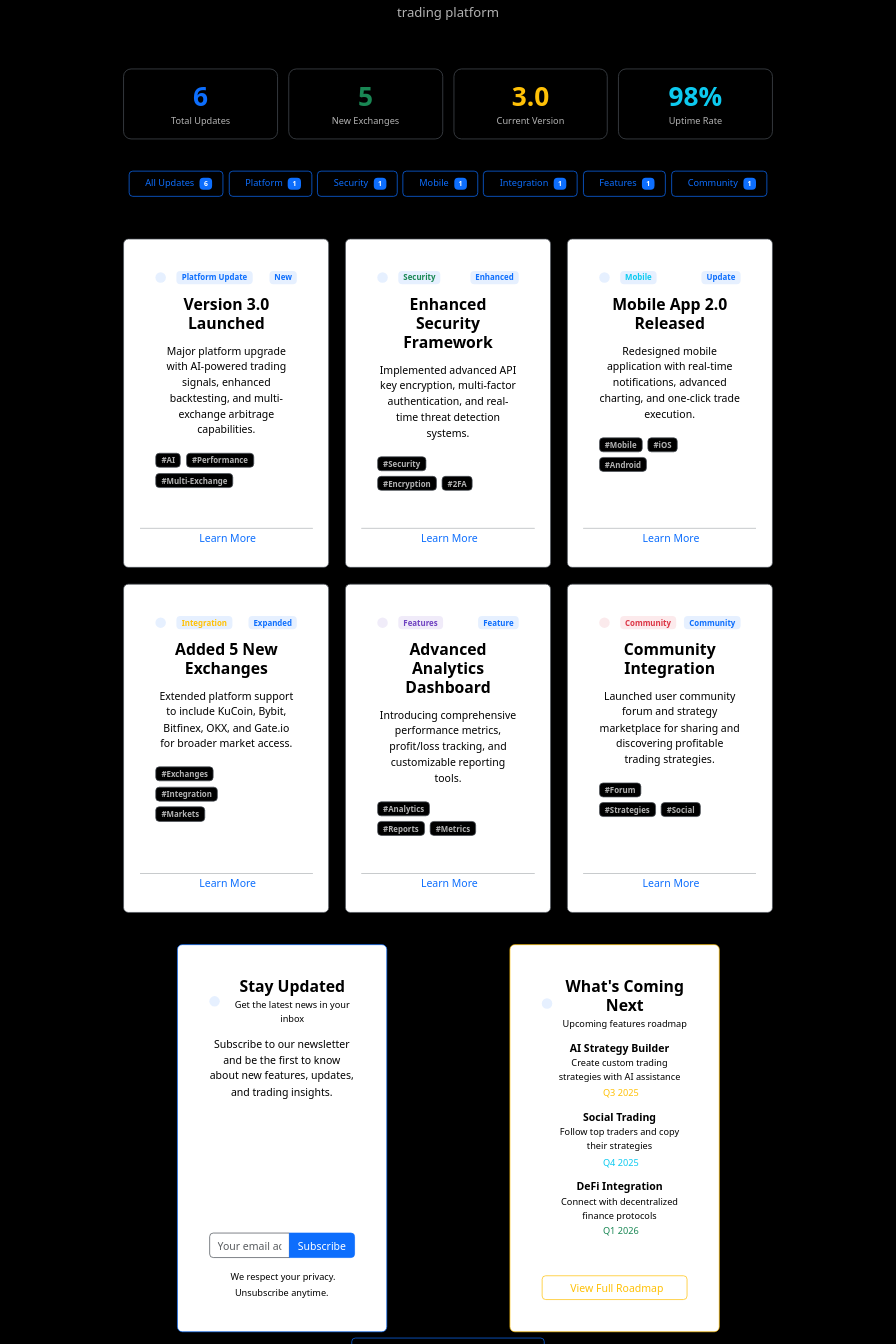
Repository: Kevin-Pro-Codes/halo-trading
Page: /
These files come from the project's save history. The page is drawn as it stood at one moment and after the next save; the edit follows.
The browser window is 1280 px wide. The pictures show the part of the page from y = 3240 to 5160 px (the page is 19535 px tall before and 19528 px after), at 70% of full size.
The page's requests for data from a server got no answer. The project was rebuilt for these pictures with package versions that can differ from the ones it lists, and the page was loaded fresh each time. Some packages were replaced by stand-ins written for this rebuild. No one was signed in, and anything a server would have sent is missing. Also part of the build but not shown: vite.config.js, src/styles/DocStyle.css, src/styles/PricingStyle.css.

Above is the page before, as saved 2025-12-09 19:12:08.

After the next save:
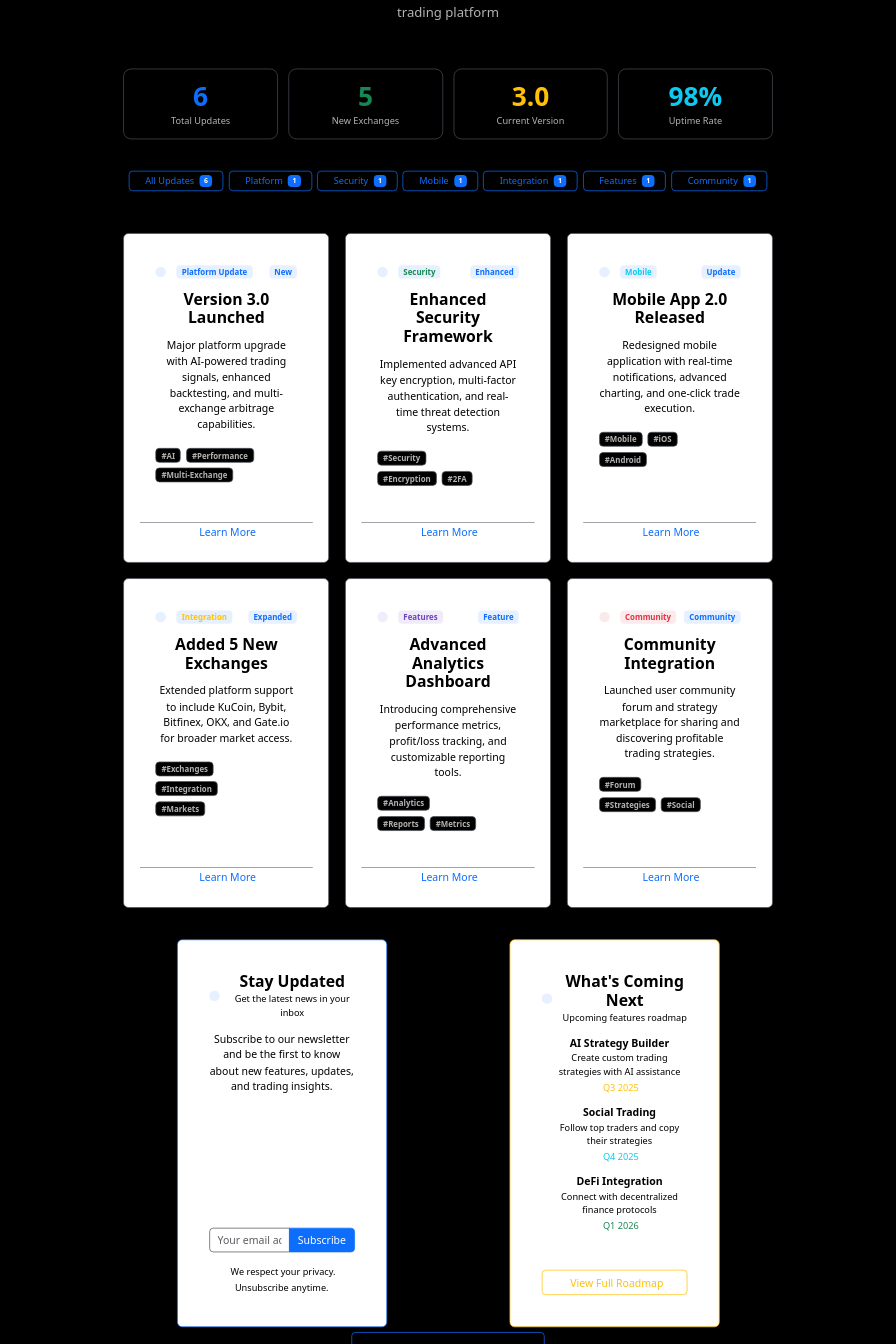
Saved 7 s later.
--- a/src/components/LatestSection.jsx
+++ b/src/components/LatestSection.jsx
@@ -137,7 +137,7 @@
               {categories.map((category) => (
                 <button
                   key={category.id}
-                  className="btn btn-outline-primary btn-sm px-3 py-2"
+                  className="btn btn-outline-primary btn-sm px-3 py-12"
                 >
                   <i className={`bi ${category.icon} me-2`}></i>
                   {category.name}

After the 3 saves that followed:
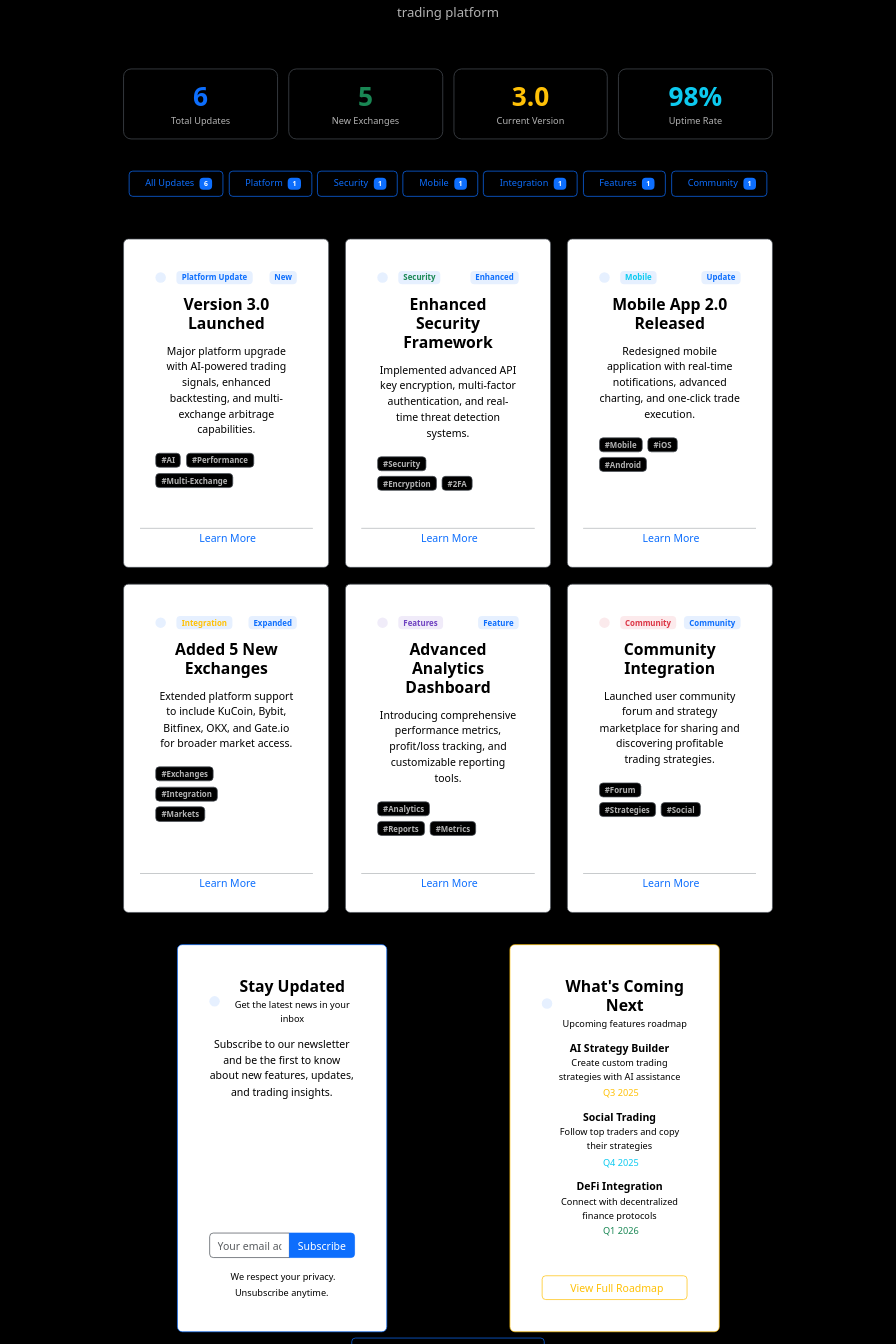
The 3 saves are shown as one change because they came seconds apart.
The last was saved 20 s later.
--- a/src/components/LatestSection.jsx
+++ b/src/components/LatestSection.jsx
@@ -137,7 +137,7 @@
               {categories.map((category) => (
                 <button
                   key={category.id}
-                  className="btn btn-outline-primary btn-sm px-3 py-12"
+                  className="btn btn-outline-primary btn-sm px-3 py-2"
                 >
                   <i className={`bi ${category.icon} me-2`}></i>
                   {category.name}
